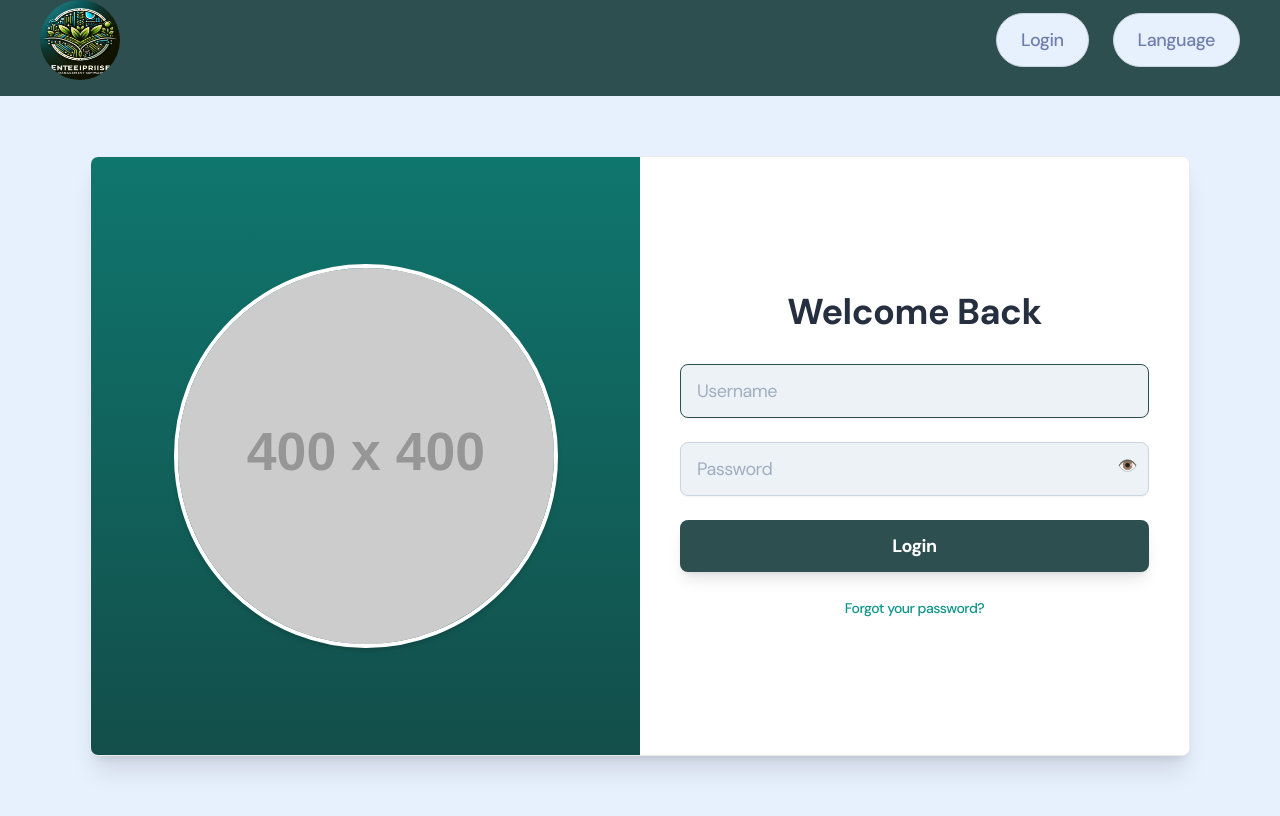
Repository: GinTee7/HR-Management
Page: / (app in Project-Management/)
The author's editor kept a copy of each file at every save. The page is drawn from the files as they stood at one save, then again after the next save.
The browser window is 1280 px wide. The pictures show the whole page.
The project was rebuilt for these pictures with package versions that can differ from the ones it lists, and the page was loaded fresh each time. Also part of the build but not shown: Project-Management/vite.config.js, Project-Management/src/components/Login/ForgotPassword.jsx.

Above is the page before, as saved 2025-01-01 09:26:51.

After the next save:
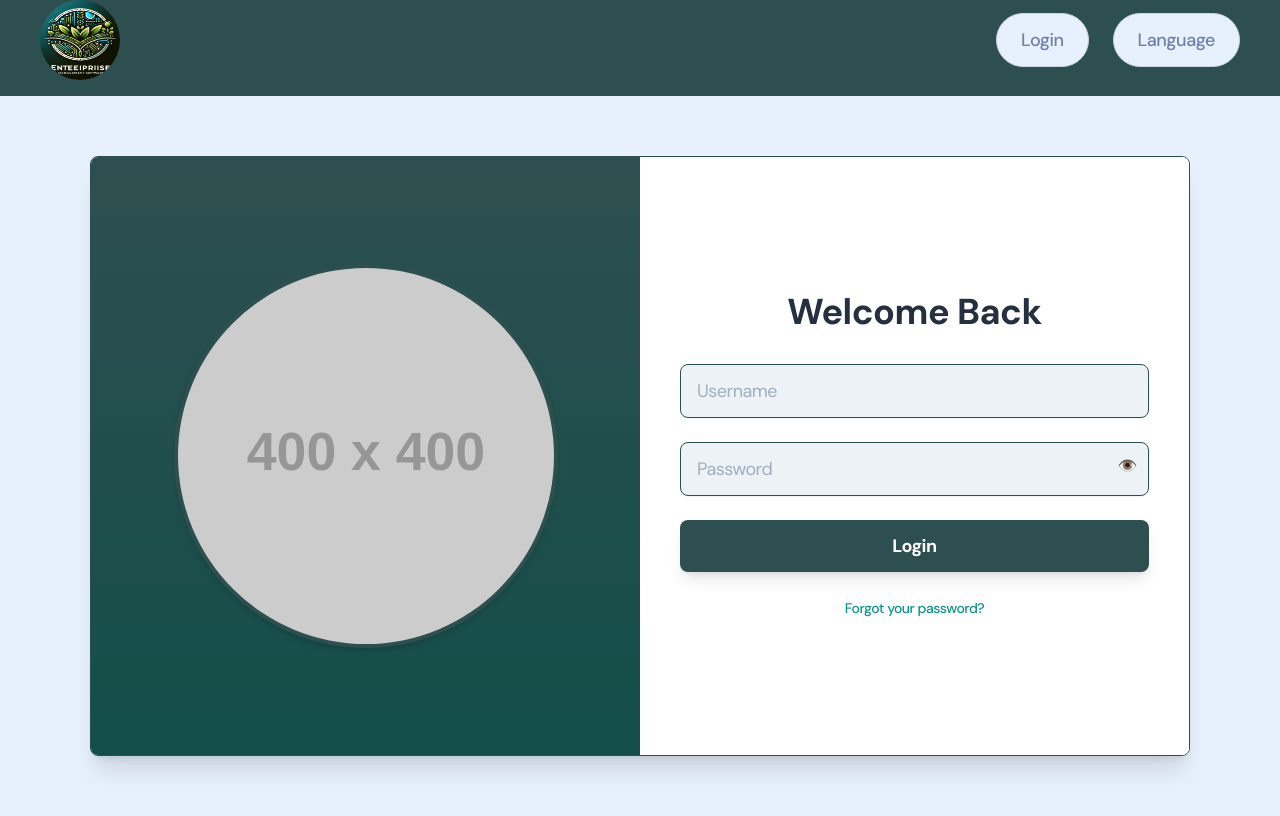
Saved 63 s later.
--- a/Project-Management/src/components/Login/LoginPage.jsx
+++ b/Project-Management/src/components/Login/LoginPage.jsx
@@ -3,13 +3,13 @@
 const LoginPage = () => {
   return (
     <div className="flex items-center justify-center min-h-screen bg-[#E7F0FD]">
-      <div className="flex shadow-xl bg-white border rounded-lg w-[1100px] h-[600px] overflow-hidden">
+      <div className="flex shadow-xl bg-white border border-[#2E4F4F] rounded-lg w-[1100px] h-[600px] overflow-hidden">
         {/* Left Section with Image */}
-        <div className="flex items-center justify-center w-1/2 bg-gradient-to-b from-teal-700 to-teal-900">
+        <div className="flex items-center justify-center w-1/2 bg-gradient-to-b from-[#2E4F4F] to-teal-900">
           <img
             src="https://via.placeholder.com/400"
             alt="Brand Logo"
-            className="object-cover border-4 border-white rounded-full shadow-md w-96 h-96"
+            className="object-cover w-96 h-96 rounded-full border-4 border-[#2E4F4F] shadow-md"
           />
         </div>
 
@@ -29,7 +29,7 @@
             {/* Password Input */}
             <div className="relative">
               <input
-                className="w-full px-4 py-3 text-lg text-gray-900 placeholder-gray-400 bg-gray-100 border border-gray-300 rounded-lg shadow-sm focus:outline-none focus:ring-2 focus:ring-[#2E4F4F]"
+                className="w-full px-4 py-3 text-lg text-gray-900 placeholder-gray-400 bg-gray-100 border border-[#2E4F4F] rounded-lg shadow-sm focus:outline-none focus:ring-2 focus:ring-[#2E4F4F]"
                 type="password"
                 placeholder="Password"
               />
@@ -44,7 +44,7 @@
             {/* Login Button */}
             <button
               type="submit"
-              className="w-full py-3 text-lg font-bold text-white bg-[#2E4F4F] rounded-lg shadow-lg hover:bg-[#2E4F4F] focus:outline-none focus:ring-2 focus:ring-teal-500"
+              className="w-full py-3 text-lg font-bold text-white bg-[#2E4F4F] rounded-lg shadow-lg hover:bg-[#2E4F4F] focus:outline-none focus:ring-2 focus:ring-[#2E4F4F]"
             >
               Login
             </button>
